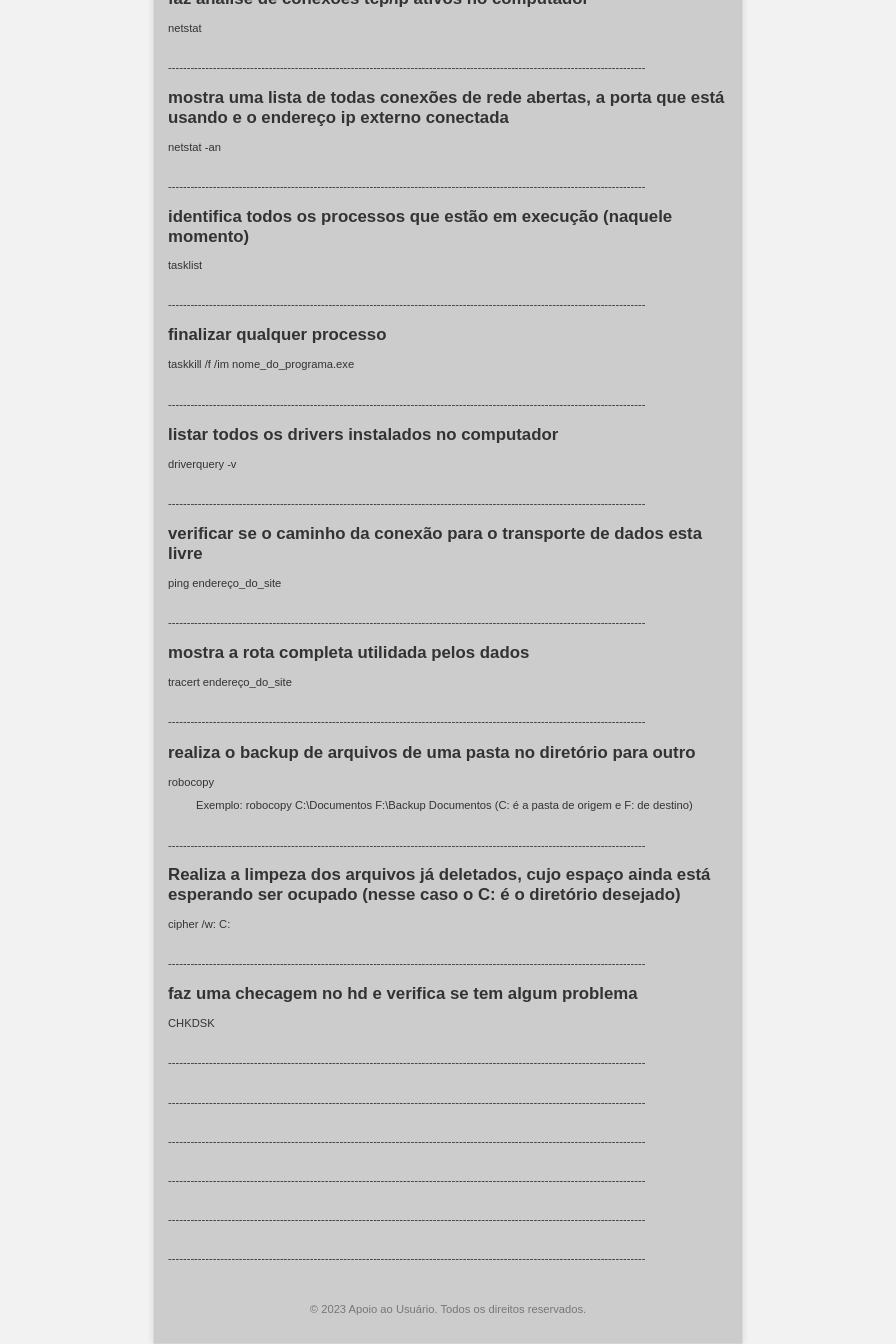
Repository: I4guito/dicasdez
Page: Dicas site/Dicas/cmd.html
These files come from the project's save history. The page is drawn as it stood at one moment and after a run of saves; the edit follows.
The browser window is 1280 px wide. The pictures show the part of the page from y = 1636 to 3556 px (the page is 3556 px tall before and 3500 px after), at 70% of full size.

Above is the page before, as saved 2023-11-28 13:52:17.

After the next 2 saves:
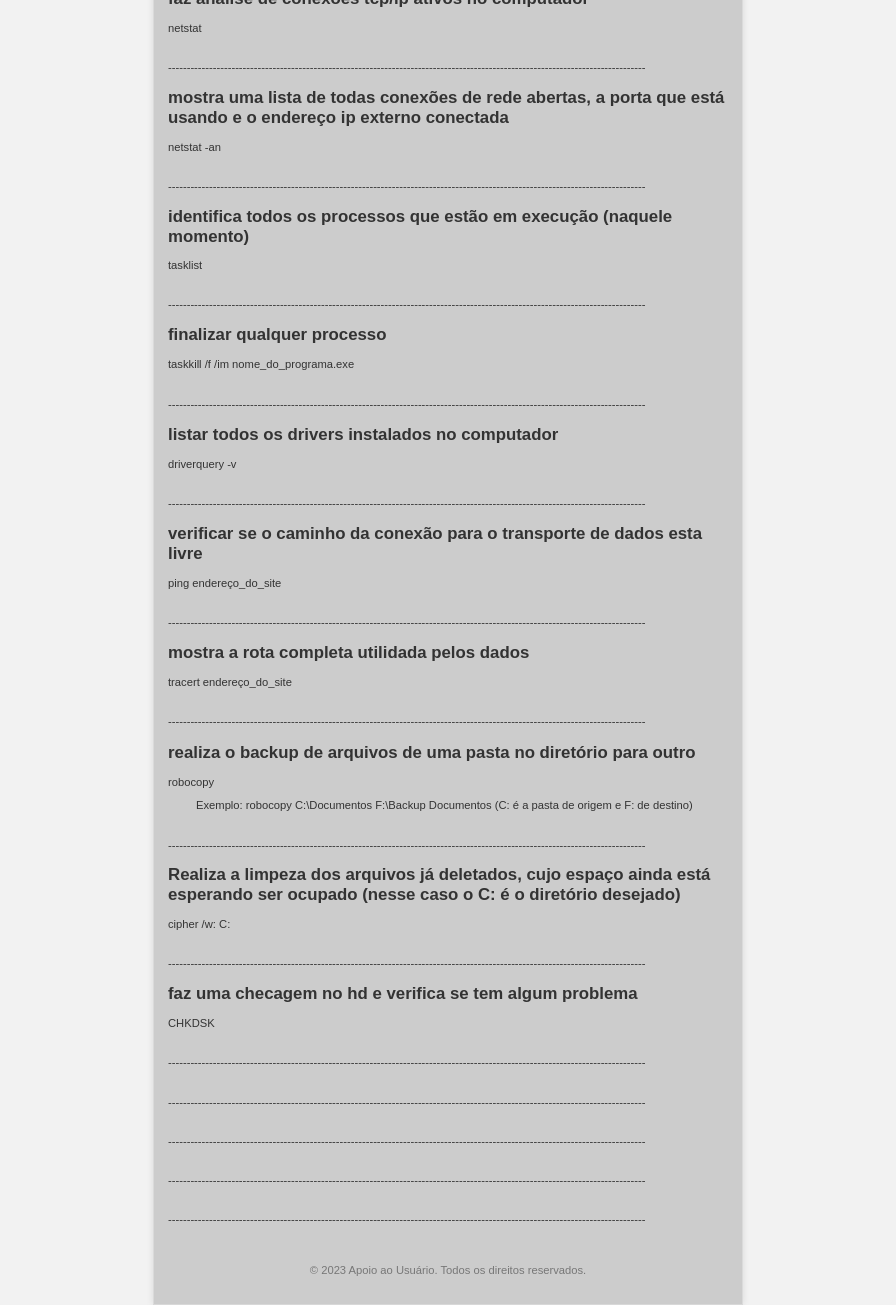
The 2 saves are shown as one change because they came seconds apart.
The last was saved 40 s later.
--- a/Dicas site/Dicas/cmd.html
+++ b/Dicas site/Dicas/cmd.html
@@ -249,15 +249,6 @@
             </div>
         </section><br>
 
-        --------------------------------------------------------------------------------------------------------------------------------
-
-        <section>
-            <div class="programa">
-                <h2></h2>
-                <p></p>
-            </div>
-        </section><br>
-
 
         <footer>
             <p>&copy; 2023 Apoio ao Usuário. Todos os direitos reservados.</p>
